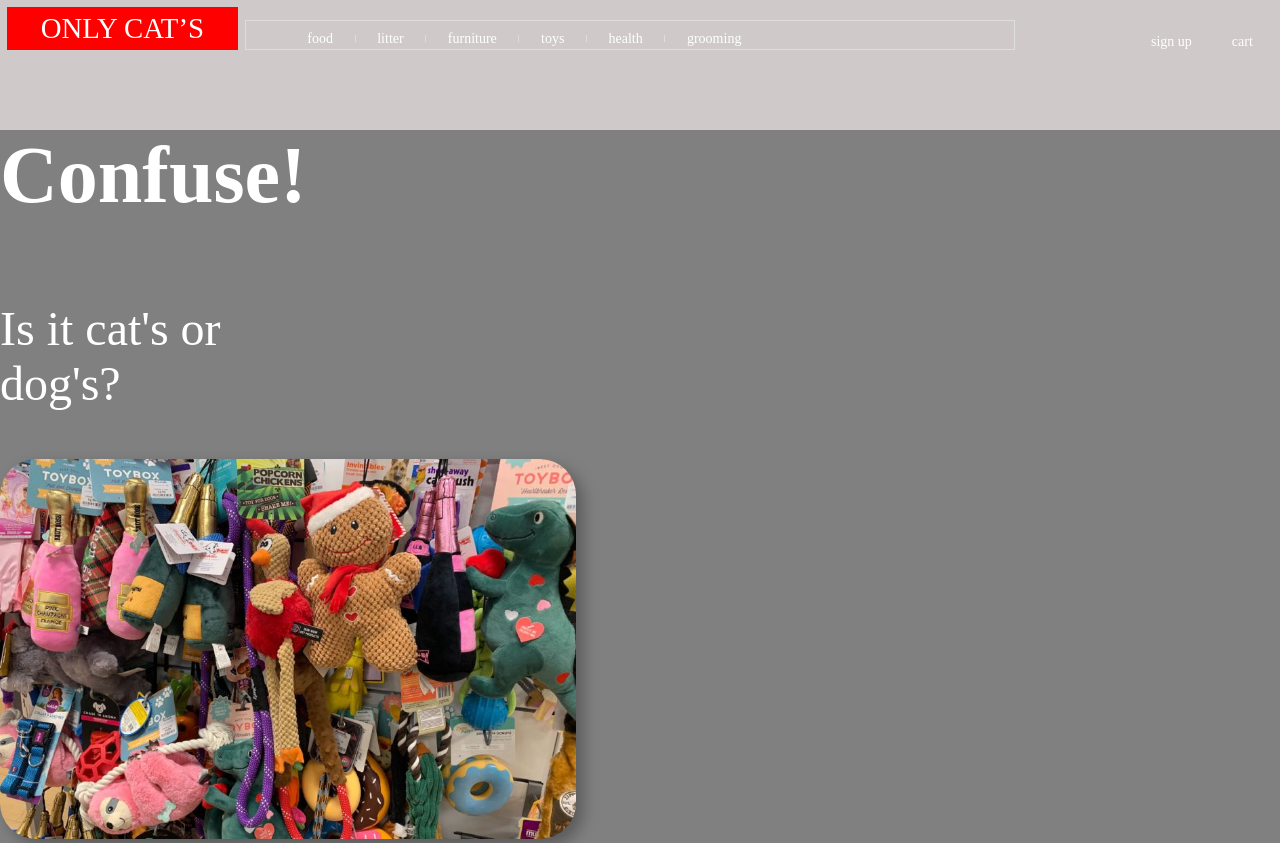
Repository: itson1115/chan_git
Page: cat/index2.html
These files come from the project's save history. The page is drawn as it stood at one moment and after the next save; the edit follows.
The browser window is 1280 px wide. The pictures show the whole page.

Above is the page before, as saved 2021-09-02 04:26:08.

### cat/index2.html
<!DOCTYPE html>
<html lang="ko">
<head>
  <meta charset="UTF-8">
  <meta http-equiv="X-UA-Compatible" content="IE=edge">
  <meta name="viewport" content="width=device-width, initial-scale=1.0">
  <title>Document</title>
  <link rel="stylesheet" href="css/style2.css">
</head>
<body>
  <header>
    <div class="logo">ONLY CAT’S</div>
    <div class="navi">
      <nav>
        <ul>
          <li>food</li>
          <li>litter</li>
          <li>furniture</li>
          <li>toys</li>
          <li>health</li>
          <li>grooming</li>
        </ul>
      </nav>
    </div>
    <div class="my">
      <span>sign up</span><span>cart</span>
    </div>
  </header>
  <section class="container">
    <article class="confuse">
      <h1>Confuse!</h1>
      <p>Is it cat's or<br/>dog's?</p>
      <img src="images/toys.jpg"/>
    </article>
  </section>
</body>
</html>

### cat/css/style2.css
@import url("https://fonts.googleapis.com/css?family=Roboto:700");

:root {
  --title-text-show-delay: 0.5s;
  --title-text-show-duration: 0.5s;
  --title-rect-show-duration: 0.3s;
  --title-cats-show-duration: 0.4s;
  --title-rect-hide-delay: 2s;
}

body {
  margin: 0;
  padding: 0;
  background: #cfc9c9;
  color: white;
  font-size: 14px;
}

header {
  position: relative;
  height: 7vmin;
}

h1 {
  font-size: 5rem;
}

header .logo {
  margin: 1vmin 1vmin;
  float: left;
  width: 18vmax;
  height: 6vmin;
  background: red;
  text-align: center;
  font-size: 1.8rem;
  line-height: 6vmin;
}

header .navi {
  position: absolute;
  bottom: 0;
  border: 1px solid #dedede;
  display: inline-block;
  width: 60vmax;
  height: 4vmin;
  float: left;
}

header nav {
  text-align: center;
  line-height: 1vmin;
}

header nav ul {
  list-style-type: none;
  /* padding-left: 0; */
}

header nav li {
  float: left;
  padding: 0 3vmin;
  border-right: 1px solid #dedede;
}

header nav li:nth-last-child(1) {
  border-right: none;
}

header nav li:hover {
  color: #000;
  cursor: grab;
}

header::after {
  display: block;
  content: "";
  clear: both;
}

header .my {
  position: absolute;
  right: 1vmin;
  bottom: 0;
  display: inline-block;
}

header .my span {
  padding: 0 20px;
}

section.container {
  background: grey;
}
section > article.confuse > p {
  font-size: 3rem;
}

section > article.confuse > img {
  width: 80vmin;
  border-radius: 5vmin;
  filter: drop-shadow(1vmin 1vmin 1vmin rgba(0, 0, 0, 0.3));
}

After the next save:
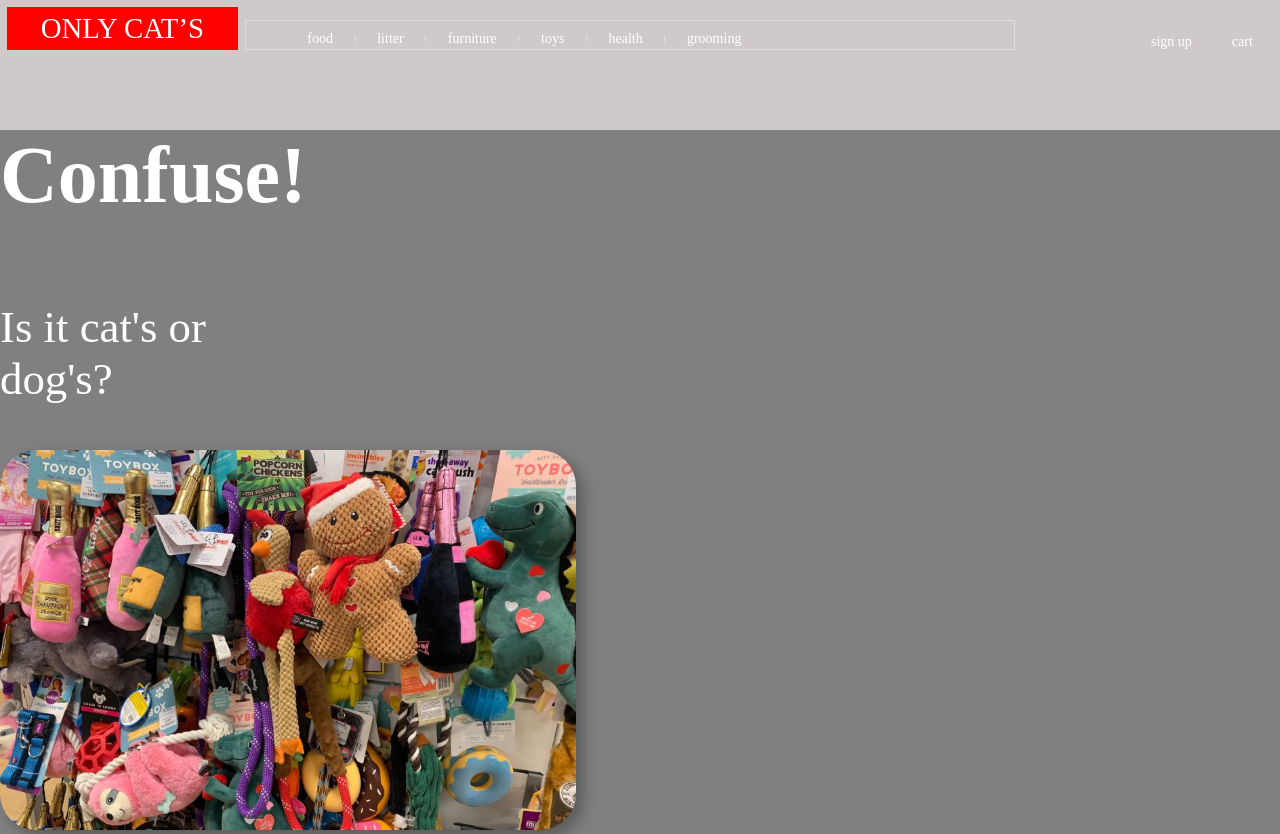
Saved 19 s later.
--- a/cat/css/style2.css
+++ b/cat/css/style2.css
@@ -92,7 +92,7 @@
   background: grey;
 }
 section > article.confuse > p {
-  font-size: 3rem;
+  font-size: 2.8rem;
 }
 
 section > article.confuse > img {
